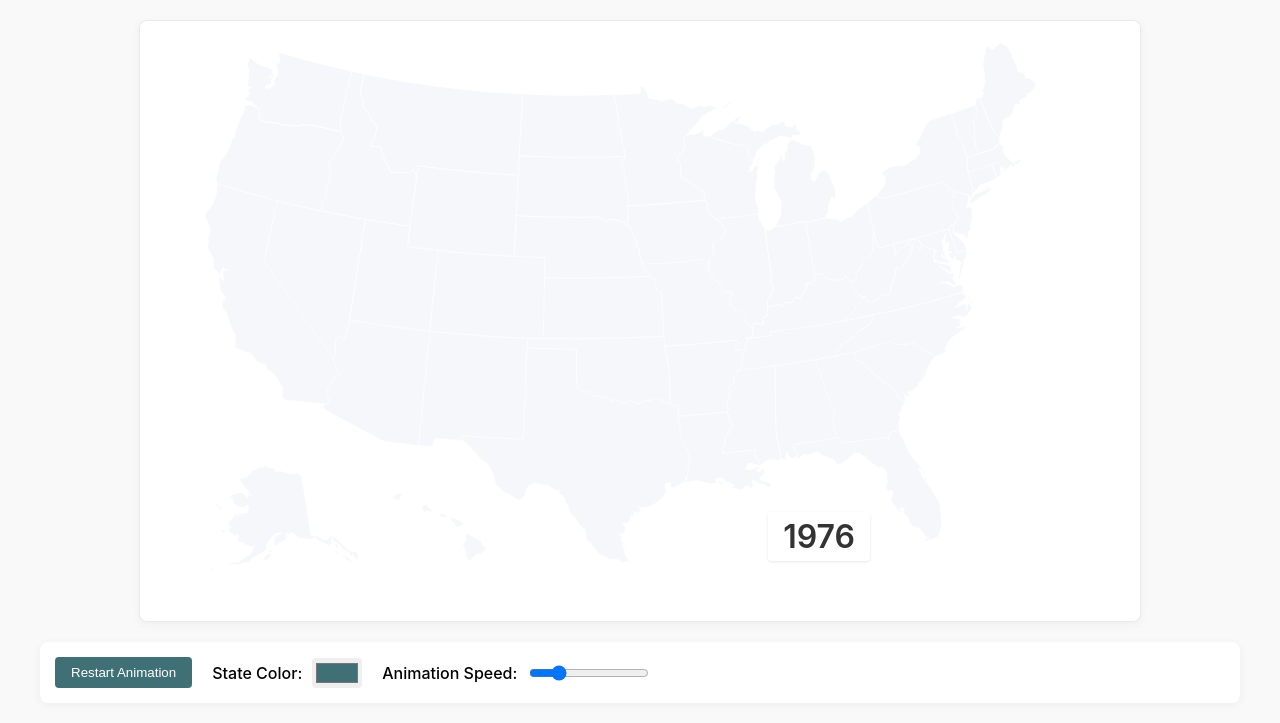
Repository: robleto/us-states-visited-map
Page: index.html
An editor plug-in stored every save of this project. The page is shown before and after the next save, followed by the edit.
The browser window is 1280 px wide. The pictures show the whole page.
Some web libraries are served in a nearby version.

Above is the page before, as saved 2025-03-06 09:41:49.
Console error: ReferenceError: gsap is not defined

### index.html
<!DOCTYPE html>
<html lang="en">
<head>
    <meta charset="UTF-8">
    <meta name="viewport" content="width=device-width, initial-scale=1.0">
    <title>US States Visited Map</title>
    <link rel="stylesheet" href="styles.css">
</head>
<body>
   <div id="map-container">
    <!-- The map will be rendered here -->
  </div>
  <div class="options">
    <button id="restartAnimation">Restart Animation</button>
    <div class="color-picker">
      <label for="stateColor">State Color:</label>
      <input type="color" id="stateColor" value="#3E7075">
    </div>
    <div class="speed-control">
      <label for="animationSpeed">Animation Speed:</label>
      <input type="range" id="animationSpeed" min="0.1" max="2" step="0.1" value="0.5">
    </div>
  </div>

    <script src="main.js"></script>
</body>
</html>

### styles.css
/* Main container styles */
body {
  font-family: -apple-system, BlinkMacSystemFont, 'Segoe UI', Roboto, Oxygen, Ubuntu, Cantarell, 'Open Sans', 'Helvetica Neue', sans-serif;
  max-width: 1200px;
  margin: 0 auto;
  padding: 20px;
  background-color: #f9f9f9;
}

.us-map-container {
  position: relative;
  width: 100%;
  max-width: 1000px;
  margin: 0 auto;
  border: 1px solid #eaeaea;
  border-radius: 8px;
  background-color: white;
  box-shadow: 0 2px 10px rgba(0, 0, 0, 0.05);
  overflow: hidden;
}

#us-map {
  width: 100%;
  height: auto;
  display: block;
}

#us-map path {
  stroke: #ffffff;
  stroke-width: 0.5;
  transition: fill 0.3s ease;
}

#us-map path:hover {
  cursor: pointer;
  stroke-width: 1;
  stroke: #333;
}

.date-display {
  position: absolute;
  right: 27%;
  bottom: 10%;
  font-size: 2rem;
  font-weight: 600;
  color: #333;
  background-color: rgba(255, 255, 255, 0.7);
  padding: 5px 15px;
  border-radius: 4px;
  box-shadow: 0 1px 3px rgba(0, 0, 0, 0.1);
}

/* Controls */
.options {
  margin-top: 20px;
  display: flex;
  flex-wrap: wrap;
  gap: 20px;
  padding: 15px;
  background-color: white;
  border-radius: 8px;
  box-shadow: 0 2px 10px rgba(0, 0, 0, 0.05);
}

button {
  padding: 8px 16px;
  background-color: #3E7075;
  color: white;
  border: none;
  border-radius: 4px;
  cursor: pointer;
  font-weight: 500;
  transition: background-color 0.2s;
}

button:hover {
  background-color: #305b5f;
}

.color-picker, .speed-control {
  display: flex;
  align-items: center;
  gap: 10px;
}

label {
  font-weight: 500;
}

input[type="color"] {
  border: none;
  border-radius: 4px;
  height: 30px;
  width: 50px;
  cursor: pointer;
}

input[type="range"] {
  width: 120px;
}

@media (max-width: 768px) {
  .date-display {
    font-size: 1.5rem;
    right: 20%;
  }

  .options {
    flex-direction: column;
    gap: 15px;
  }
}

Loaded but not shown: main.js (539 lines, source omitted)

After the next save:
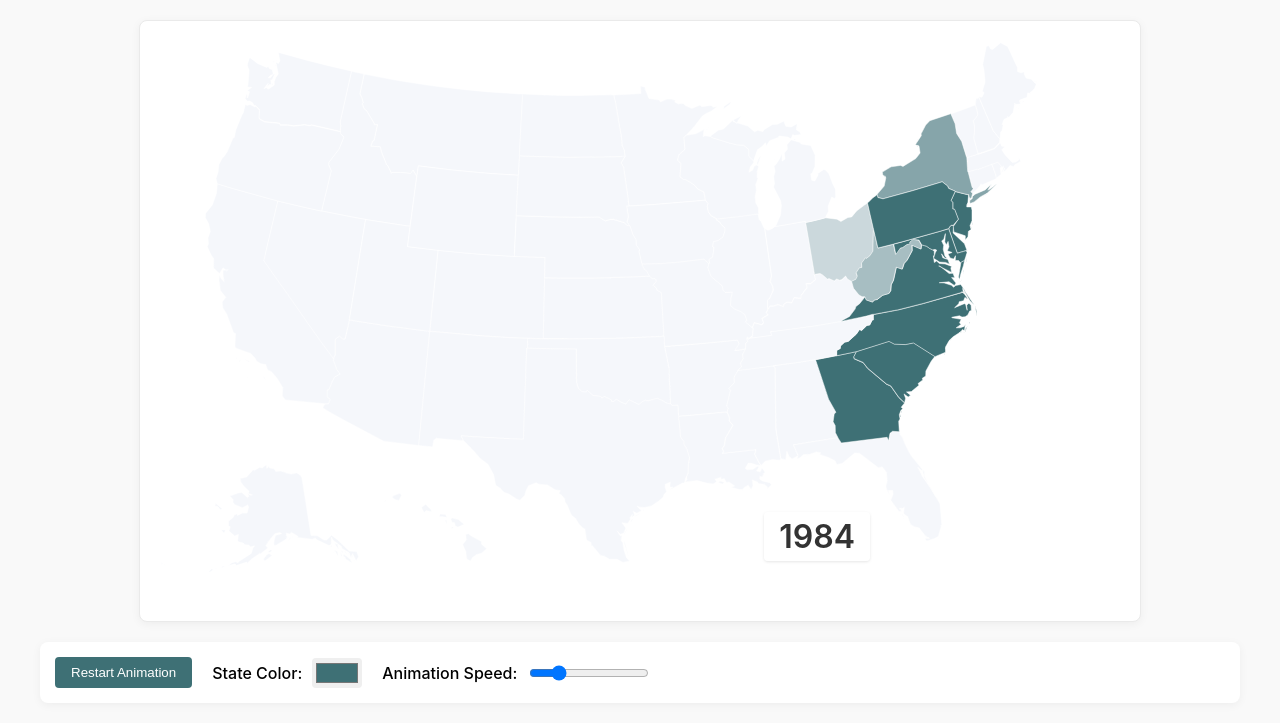
The error is gone.
Saved 18 s later.
--- a/index.html
+++ b/index.html
@@ -22,6 +22,7 @@
     </div>
   </div>
 
+<script src="https://cdnjs.cloudflare.com/ajax/libs/gsap/3.12.0/gsap.min.js"></script>
     <script src="main.js"></script>
 </body>
 </html>
